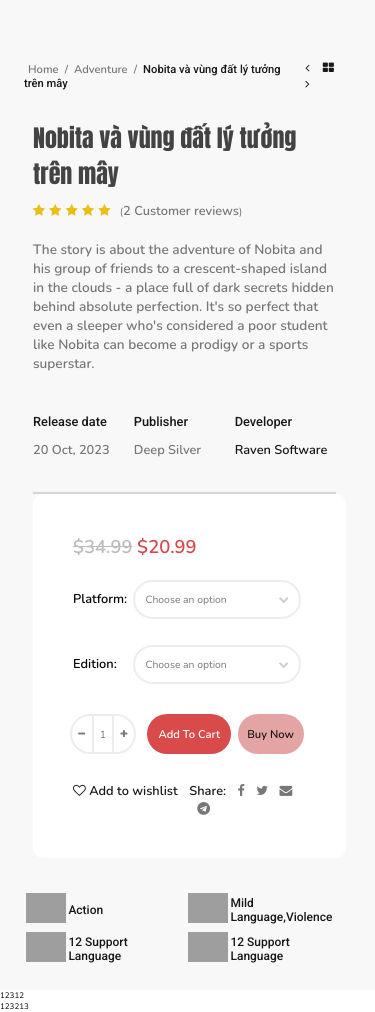
Repository: NguyenDinhThuyVy/TestWebsite
Page: detail.html
These files come from the project's save history. The page is drawn as it stood at one moment and after the next save; the edit follows.
The browser window is 375 px wide. The pictures show the part of the page from y = 600 to 1617 px (the page is 1612 px tall before and 1617 px after).
Pictures or frames that could not be fetched are drawn as grey boxes. Some web fonts or font styles are not loaded; a fallback is used.

Above is the page before, as saved 2023-09-30 22:01:34.

### detail.html
<!DOCTYPE html>
<html lang="en">
  <head>
    <meta charset="UTF-8" />
    <meta name="viewport" content="width=device-width, initial-scale=1.0" />
    <title>Document</title>
    <link rel="preconnect" href="https://fonts.gstatic.com" />
    <link
      href="https://fonts.googleapis.com/css2?family=Poppins:wght@400;600&display=swap"
      rel="stylesheet"
    />
    <link
      rel="stylesheet"
      href="https://cdnjs.cloudflare.com/ajax/libs/font-awesome/4.7.0/css/font-awesome.min.css"
      integrity="sha512-SfTiTlX6kk+qitfevl/7LibUOeJWlt9rbyDn92a1DqWOw9vWG2MFoays0sgObmWazO5BQPiFucnnEAjpAB+/Sw=="
      crossorigin="anonymous"
    />
    <link
      href="https://fonts.googleapis.com/css2?family=Poppins:wght@300;400;700&display=swap"
      rel="stylesheet"
    />
    <link rel="stylesheet" href="./style.css" />
  </head>
  <body>
    <div class="content">
      <section class="content-wrapper">
        <!-- Start main detail area -->
        <div class="detail-wrapper">
          <!-- Start product-view area -->
          <div class="product-view">
            <img
              src="https://i.ebayimg.com/images/g/8vIAAOSwztNg1quw/s-l1600.jpg"
              alt=""
              class="product-img"
            />
            <div class="product-labels">
              <span class="product-onsale">-33%</span>
              <span class="product-feature">HOT</span>
            </div>
          </div>
          <!-- End product-view area -->
          <!-- Start product-content area -->
          <div class="product-content">
            <!-- Start header-detail area -->
            <div class="header-detail">
              <div class="path-detail">
                <nav class="product-path">
                  <a href="#" class="home">Home</a>
                  <a href="#" class="icon-division">/</a>
                  <a href="#" class="Adventure">Adventure</a>
                  <a href="#" class="icon-division">/</a>
                  <span class="product-name"
                    >Nobita và vùng đất lý tưởng trên mây</span
                  >
                </nav>
              </div>
              <div class="product-management">
                <i class="fa fa-angle-left product-pre"></i>
                <i class="fa fa fa-th-large product-large"></i>
                <i class="fa fa-angle-right product-next"></i>
              </div>
            </div>
            <!-- End header-detail area -->
            <!-- Start content-detail area -->
            <div class="content-detail">
              <div class="product-information">
                <h1 class="product-title">
                  Nobita và vùng đất lý tưởng trên mây
                </h1>
                <div class="product-reviews">
                  <i class="fa fa-solid fa-star fa-2xl icon-star"></i>
                  <i class="fa fa-solid fa-star fa-2xl icon-star"></i>
                  <i class="fa fa-solid fa-star fa-2xl icon-star"></i>
                  <i class="fa fa-solid fa-star fa-2xl icon-star"></i>
                  <i class="fa fa-solid fa-star fa-2xl icon-star"></i>
                  <span class="customer-review"
                    >(<a href="#" class="customer-review-link"
                      >2 Customer reviews</a
                    >)</span
                  >
                </div>
                <div class="product-description">
                  <p>
                    The story is about the adventure of Nobita and his group of
                    friends to a crescent-shaped island in the clouds - a place
                    full of dark secrets hidden behind absolute perfection. It's
                    so perfect that even a sleeper who's considered a poor
                    student like Nobita can become a prodigy or a sports
                    superstar.
                  </p>
                </div>
                <div class="orther-information">
                  <div class="release-date">
                    <span class="orther-title">Release date</span>
                    <span class="info">20 Oct, 2023</span>
                  </div>
                  <div class="publisher">
                    <span class="orther-title">Publisher</span>
                    <span class="info">Deep Silver</span>
                  </div>
                  <div class="developer">
                    <span class="orther-title">Developer</span>
                    <a href="#" class="dev-link">Raven Software</a>
                  </div>
                </div>
              </div>
              <!-- Start product-purchase-table area -->
              <div class="product-purchase-table">
                <div class="product-price">
                  <span class="old-price">$34.99</span>
                  <span class="current-price">$20.99</span>
                </div>
                <div class="platform">
                  <span class="plat-text">Platform:</span>
                  <div class="plat-dropdown">
                    <span class="dropdown-text">Choose an option</span>
                    <i class="fa fa-light fa-chevron-down icon-down"></i>
                  </div>
                </div>
                <div class="edition">
                  <span class="edi-text">Edition:</span>
                  <div class="edi-dropdown">
                    <span class="dropdown-text">Choose an option</span>
                    <i class="fa fa-light fa-chevron-down icon-down"></i>
                  </div>
                </div>
                <div class="product-payment">
                  <div class="col-wrap product-number">
                    <div class="col col-minus">
                      <i class="fa fa-light fa-minus fa-xs"></i>
                    </div>
                    <div class="col col-number">
                      <span>1</span>
                    </div>
                    <div class="col col-plus">
                      <i class="fa fa-light fa-plus fa-xs"></i>
                    </div>
                  </div>
                  <button class="product-add">
                    <span class="add-text">Add To Cart</span>
                  </button>
                  <button class="product-buy">
                    <span class="buy-text">Buy Now</span>
                  </button>
                </div>
                <footer class="another-choice">
                  <div class="favorite-product">
                    <a href="#" class="favpro-text">
                      <i class="fa fa-heart-o icon-heart"></i> Add to
                      wishlist</a
                    >
                  </div>
                  <div class="product-share">
                    <span class="prosha-text">Share:</span>
                    <a href="#" class="social-network icon-facebook"
                      ><i class="fa fa-brands fa-facebook-f icon-facebook"></i
                    ></a>
                    <a href="#" class="social-network icon-twitter"
                      ><i class="fa fa-brands fa-twitter icon-twitter"></i
                    ></a>
                    <a href="#" class="social-network icon-mail"
                      ><i class="fa fa-solid fa-envelope icon-mail"></i
                    ></a>
                    <a href="#" class="social-network icon-telegram"
                      ><i class="fa fa-brands fa-telegram icon-telegram"></i
                    ></a>
                  </div>
                </footer>
              </div>
              <!-- End product-purchase-table area -->
            </div>
            <!-- End content-detail area -->
            <div class="footer-content">
              <table class="footer-tb">
                <tbody class="footer-detail">
                  <tr class="action">
                    <th class="item-label">
                      <img
                        src="	https://woodmart.b-cdn.net/games/wp-content/uploads/sites/14/2023/05/wd-vgs-product-genre-w.svg"
                        alt=""
                        class="img-item"
                      />
                    </th>
                    <td class="item-value">
                      <p><a href="#">Action</a></p>
                    </td>
                  </tr>
                  <tr class="mild-language">
                    <th class="item-label">
                      <img
                        src="	https://woodmart.b-cdn.net/games/wp-content/uploads/sites/14/2023/07/PEGI_12.jpg.webp"
                        alt=""
                        class="img-item"
                      />
                    </th>
                    <td class="item-value">
                      <p><a href="#">Mild Language,Violence</a></p>
                    </td>
                  </tr>
                  <tr class="support-language">
                    <th class="item-label">
                      <img
                        src="	https://woodmart.b-cdn.net/games/wp-content/uploads/sites/14/2023/05/wd-vgs-product-languages-w.svg"
                        alt=""
                        class="img-item"
                      />
                    </th>
                    <td class="item-value">
                      <p><a href="#">12 Support Language</a></p>
                    </td>
                  </tr>
                  <tr class="single-player">
                    <th class="item-label">
                      <img
                        src="	https://woodmart.b-cdn.net/games/wp-content/uploads/sites/14/2023/05/wd-vgs-product-features-w.svg"
                        alt=""
                        class="img-item"
                      />
                    </th>
                    <td class="item-value">
                      <p><a href="#">12 Support Language</a></p>
                    </td>
                  </tr>
                </tbody>
              </table>
            </div>
          </div>
          <!-- End product-content area -->
        </div>
        <!-- End  main detail area -->
        <!-- {/* Specification */} -->
        <div>12312</div>
        <!-- {/* Customer Reviews */} -->
        <div>123213</div>
      </section>
    </div>
  </body>
</html>

### style.css
@import url("https://fonts.googleapis.com/css2?family=Merienda+One&family=Nunito:wght@200;300;400;500;600&display=swap");
@import url('https://fonts.googleapis.com/css2?family=Anton&family=Archivo+Black&family=Bebas+Neue&family=Borel&family=Cabin&family=Montserrat&family=Oswald:wght@200&family=Roboto:wght@500&display=swap');



:root {
  --title-color: rgb(67, 67, 67);
  --line-color: #adabab37;
  --white: rgb(255, 253, 253);
  --main-color: #F7F7F7;
  --bcg-detail-color: #f8f8f8;
  --labels-color: #fdf7f7;
  --product-purchase-table: #ffffff;
  --hover-color: #c81d1dce;
  --bcg-add: #ce1515c4;
  --star-color: #EABE12;
  --black: #191717;
  --white: #fff;
  --light-color: #eac794;
  --border: .2rem solid var(--black);
  --box-shadow: 0 .5rem 1rem rgba(0, 0, 0, .1);
  --fontcolor: #777777;
  --icon-down: #77777758;
  --old-price: #BBBBBB;
  --boder-number: #c62323b5;
  --bcg-add-hover: #bc1313dd;
  --bcg-buy: #c73d3d77
}

* {
  font-family: 'Nunito', sans-serif;
  margin: 0;
  padding: 0;
  -webkit-box-sizing: border-box;
  box-sizing: border-box;
  outline: none;
  border: none;
  text-decoration: none;
  text-transform: none;
}

*::-moz-selection {
  background-color: var(--bcg-detail-color);
  color: var(--white);
}

*::selection {
  background-color: var(--bcg-detail-color);
  color: var(--white);
}

::-webkit-scrollbar {
  height: 0.5rem;
  width: 1rem;
}

::-webkit-scrollbar-track {
  background-color: transparent;
}

::-webkit-scrollbar-thumb {
  background-color: var(--li);
}

html {
  font-size: 62.5%;
  overflow-x: hidden;
  scroll-behavior: smooth;
  scroll-padding-top: 6.5rem;
}

/*detail-wrapper  */
.detail-wrapper {
  display: grid;
  grid-template-columns: 30% 70%;
  background-color: var(--bcg-detail-color);
  height: 650px;
  overflow: hidden;
  /* align-items: stretch; */
}

/* <!-- Start product-view area --> */
.product-view {
  font-size: 2rem;
  margin: 20px 20px 40px 20px;
  width: 100%;
  height: 580px;
  /* height: 100; */
  overflow: hidden;
  position: relative;
}

.product-view .product-img {
  object-fit: cover;
  height: 100%;
  width: 100%;
  border-radius: 10px;
  border: #333 solid 1px;
}

.product-view .product-labels {
  position: absolute;
  top: 0;
  right: 0;
  z-index: 2;
  margin: 15px;
  display: flex;
  flex-direction: column;
  width: 50px;
}

.product-view .product-labels .product-onsale,
.product-view .product-labels .product-feature {
  border-radius: 20px;
  background-color: var(--labels-color);
  text-align: center;
  margin-bottom: 10px;
  padding: 5px;
  font-size: 1.1rem;
  font-weight: 900;
}

/* <!-- End product-view area --> */

/* <!-- Start product-content area --> */
.product-content {
  width: 100%;
  margin: 20px 20px 20px 30px;
  width: auto;
}

/*  <!-- Start header-detail area --> */
.header-detail {
  background-color: var(--bcg-detail-color);
  z-index: 1000;
  display: flex;
  justify-content: space-between;
  align-items: center;
}

.header-detail .path-detail {
  display: -webkit-box;
  display: -ms-flexbox;
  display: flex;
  -webkit-box-align: center;
  position: relative;
  padding: 0 2rem;
}


.header-detail .path-detail .product-path a,
.header-detail .path-detail .product-name {
  margin-left: 0.5rem;
  font-size: 1.4rem;
  color: var(--fontcolor);
  text-decoration: none;
  font-weight: 800;
}

.header-detail .path-detail .product-name {
  color: var(--black);
  font-family: 'Roboto', sans-serif;
  font-weight: 150;
}

.header-detail .path-detail .product-path a:hover:not(.icon-division) {
  text-decoration: underline;
  color: var(--black);
  text-decoration: none;
}

.header-detail .product-management {
  font-size: 1.5rem;
  color: var(--black);
  cursor: pointer;
}

.header-detail .product-management .product-large {
  margin: 0 10px
}

/*   <!-- End header-detail area --> */

/*     <!-- Start content-detail area --> */
.content-detail {
  margin: 28px 0px 0px 25px;
  display: grid;
  grid-template-columns: 60% 40%;
  overflow: hidden;
  height: 350px;
}

.content-detail .product-information {
  margin-right: 10px;
}

.content-detail .product-information .product-title {
  font-family: 'Anton', sans-serif;
  font-size: 3rem;
  font-weight: 250;
  color: var(--title-color);
}

.content-detail .product-information .product-reviews {
  margin: 10px 0px 20px 0px;
}

.content-detail .product-information .product-reviews .icon-star {
  margin-right: 0.3rem;
  color: var(--star-color);
  font-size: 1.6rem;
}

.content-detail .product-information .product-reviews .customer-review {
  color: var(--fontcolor);
  font-size: 1.3rem;
  margin-left: 5px;
}

.content-detail .product-information .product-reviews .customer-review .customer-review-link {
  color: var(--fontcolor);
  font-size: 1.6rem;
  font-weight: 800;
}

.content-detail .product-information .product-reviews .customer-review .customer-review-link:hover {
  color: var(--black);
}

.content-detail .product-information .product-description {
  color: var(--fontcolor);
  font-size: 1.7rem;
  font-weight: 600;
  margin-bottom: 41px;
}

.content-detail .product-information .orther-information {
  height: 80px;
  display: grid;
  grid-template-columns: calc(100%/3) calc(100%/3) calc(100%/3);
  border-bottom: var(--line-color) outset 2px;
}

.content-detail .product-information .orther-information .release-date,
.publisher,
.developer {
  font-size: 1.6rem;
  font-weight: 600;
  display: grid;
  grid-template-rows: 35% 35%;
}

.content-detail .product-information .orther-information .orther-title {
  color: var(--black);
  font-family: 'Roboto', sans-serif;
  font-weight: 150;
}

.content-detail .product-information .orther-information .info {
  color: var(--fontcolor);
}

.content-detail .product-information .orther-information .dev-link {
  color: var(--black);
}

.content-detail .product-information .orther-information .dev-link:hover {
  color: var(--hover-color)
}

/*      <!-- Start product-purchase-table area --> */

.content-detail .product-purchase-table {
  width: 100%;
  background-color: var(--product-purchase-table);
  padding: 40px;
  border-radius: 10px;
  /* font-family: 'Roboto', sans-serif; */
}

.content-detail .product-purchase-table .product-price {
  font-family: 'Roboto', sans-serif;
  font-size: 2.3rem;
  font-weight: 900;
}

.content-detail .product-purchase-table .product-price .old-price {
  text-decoration: line-through;
  color: var(--old-price);
}

.content-detail .product-purchase-table .product-price .current-price {
  color: var(--hover-color);
}

.content-detail .product-purchase-table .platform,
.content-detail .product-purchase-table .edition {
  margin-top: 15px;
  display: grid;
  grid-template-columns: 26% 72%;
  font-family: 'Roboto', sans-serif;
  font-size: 1.6rem;
  align-items: center;
  height: 50px;
}

.content-detail .product-purchase-table .platform .plat-text,
.content-detail .product-purchase-table .edition .edi-text {
  font-weight: 800;
}

.content-detail .product-purchase-table .platform .plat-dropdown,
.content-detail .product-purchase-table .edition .edi-dropdown {
  display: flex;
  border: var(--line-color) solid 2px;
  border-radius: 20px;
  padding: 10px;
  font-size: 1.3rem;
  align-items: center;
  justify-content: space-between;
  color: var(--fontcolor);
  cursor: pointer;
}

.content-detail .product-purchase-table .platform .plat-dropdown .icon-down,
.content-detail .product-purchase-table .edition .edi-dropdown .icon-down {
  color: var(--icon-down);
}

.content-detail .product-purchase-table .product-payment {
  width: 100%;
  height: 50px;
  display: grid;
  margin-top: 20px;
  grid-template-columns: 30% 40% 30%;
  place-items: center;
}

.content-detail .product-purchase-table .product-payment .product-number {
  overflow: hidden;
  display: table;
  width: 95%;
  height: 40px;
  vertical-align: middle;
  text-align: center;
  margin-right: 10px;
}

.content-detail .product-purchase-table .product-payment .product-number .col {
  display: table-cell;
  padding: 0.6rem;
  vertical-align: middle;
  text-align: center;
}

.content-detail .product-purchase-table .product-payment .product-number .col-number {
  border-top: var(--line-color) solid 2px;
  border-bottom: var(--line-color) solid 2px;
  color: var(--fontcolor);
  font-size: 1.3rem;
}

.content-detail .product-purchase-table .product-payment .product-number .col-plus {
  border: var(--line-color) solid 2px;
  border-radius: 0px 30px 30px 0px;
  cursor: pointer;
  color: var(--fontcolor);
  font-weight: 100;
  font-size: 1.1rem;
}

.content-detail .product-purchase-table .product-payment .product-number .col-minus {
  border: var(--line-color) solid 2px;
  border-radius: 30px 0px 0px 30px;
  cursor: pointer;
  color: var(--fontcolor);
  font-weight: 100;
  font-size: 1.1rem;
}

.content-detail .product-purchase-table .product-payment .product-number .col-plus:hover,
.content-detail .product-purchase-table .product-payment .product-number .col-minus:hover {
  background-color: var(--hover-color);
  border: var(--boder-number) solid 2px;
  color: var(--white);
}

.content-detail .product-purchase-table .product-payment .product-add {
  font-family: 'Roboto', sans-serif;
  font-size: 1.4rem;
  font-weight: bolder;
  width: 90%;
  height: 40px;
  border: none;
  cursor: pointer;
  background-color: var(--bcg-add);
  border-radius: 20px;
  color: var(--white);
}

.content-detail .product-purchase-table .product-payment .product-add:hover {
  background-color: var(--bcg-add-hover);
}

.content-detail .product-purchase-table .product-payment .product-buy {
  font-family: 'Roboto', sans-serif;
  font-size: 1.4rem;
  font-weight: bolder;
  width: 95%;
  height: 40px;
  border: none;
  cursor: pointer;
  background-color: var(--bcg-buy);
  border-radius: 20px;
  color: var(--black)
}

.content-detail .product-purchase-table .product-payment .product-buy:hover {
  background-color: #8f3c3c30;
}

.content-detail .product-purchase-table .another-choice {
  display: grid;
  grid-template-columns: 50% 50%;
  margin-top: 23px;
  font-size: 1.6rem;
  font-weight: 900;
}

.content-detail .product-purchase-table .another-choice .favorite-product .favpro-text,
.content-detail .product-purchase-table .another-choice .product-share,
.content-detail .product-purchase-table .another-choice .product-share .prosha-text {
  color: var(--black);
  text-transform: none;
}

.content-detail .product-purchase-table .another-choice .favorite-product .favpro-text:hover {
  color: var(--fontcolor);
}

.content-detail .product-purchase-table .another-choice .product-share .social-network {
  color: var(--fontcolor);
  margin-left: 8px;
}

.content-detail .product-purchase-table .another-choice .product-share .social-network:hover {
  color: var(--black);
}

.product-content .footer-content {
  margin: 3.8rem 0px 0px 1.8rem;
}

.product-content .footer-content .footer-tb {
  width: 100%;
}

.product-content .footer-content .footer-detail {
  width: 100%;
  display: grid;
  grid-template-columns: calc(100% /4) calc(100% /4) calc(100% /4) calc(100% /4);
  height: 57px;
  overflow: hidden;
}


.product-content .footer-content .footer-detail .img-item {
  width: 5rem;
  height: 4rem;
  object-fit: contain;
}

.product-content .footer-content .footer-detail .item-value a {
  font-size: 1.5rem;
  color: var(--black);
  font-family: 'Roboto', sans-serif;
  font-weight: 150;
}

.product-content .footer-content .footer-detail .item-value a:hover {
  color: var(--bcg-add-hover);
}

@media(max-width: 991px) {
  html {
    font-size: 55%;
  }
}

@media(max-width: 600px) {
  html {
    font-size: 55%;
  }

  .detail-wrapper {
    display: grid;
    grid-template-columns: 1fr;
    background-color: var(--bcg-detail-color);
    height: auto;
    overflow: hidden;
    /* align-items: stretch; */
  }

  .product-view {
    font-size: 2rem;
    margin: 20px 20px 40px 20px;
    width: 88%;
    height: 580px;
    /* height: 100; */
    overflow: hidden;
    position: relative;
  }

  .product-content {
    width: 90%;
    margin: 20px 20px 20px 8px;
  }

  .content-detail {
    margin: 28px 0px 0px 25px;
    display: grid;
    grid-template-columns: 1fr;
    overflow: hidden;
    height: auto;
  }

  .product-content .footer-content .footer-detail {
    width: 100%;
    display: grid;
    grid-template-columns: 1fr 1fr;
    column-gap: 5px;
    height: auto;
    overflow: hidden;
  }

}

@media(max-width: 450px) {
  html {
    font-size: 50%;
  }
}

After the next save:
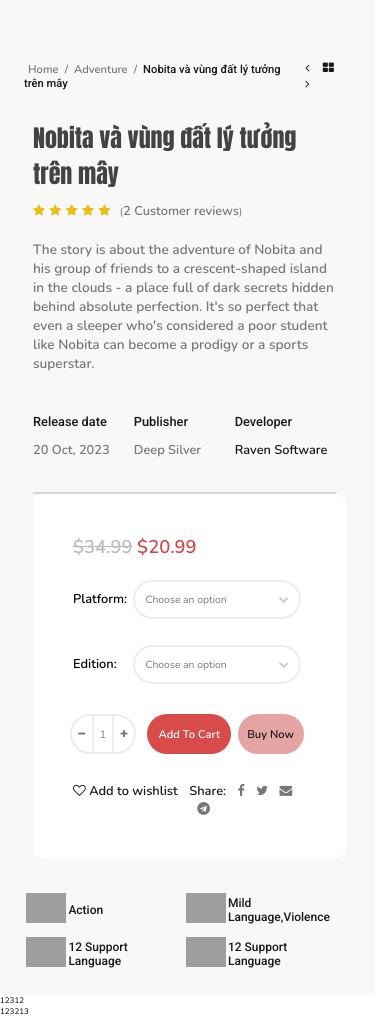
Saved 6 s later.
--- a/style.css
+++ b/style.css
@@ -528,7 +528,7 @@ html {
     width: 100%;
     display: grid;
     grid-template-columns: 1fr 1fr;
-    column-gap: 5px;
+    row-gap: 5px;
     height: auto;
     overflow: hidden;
   }
